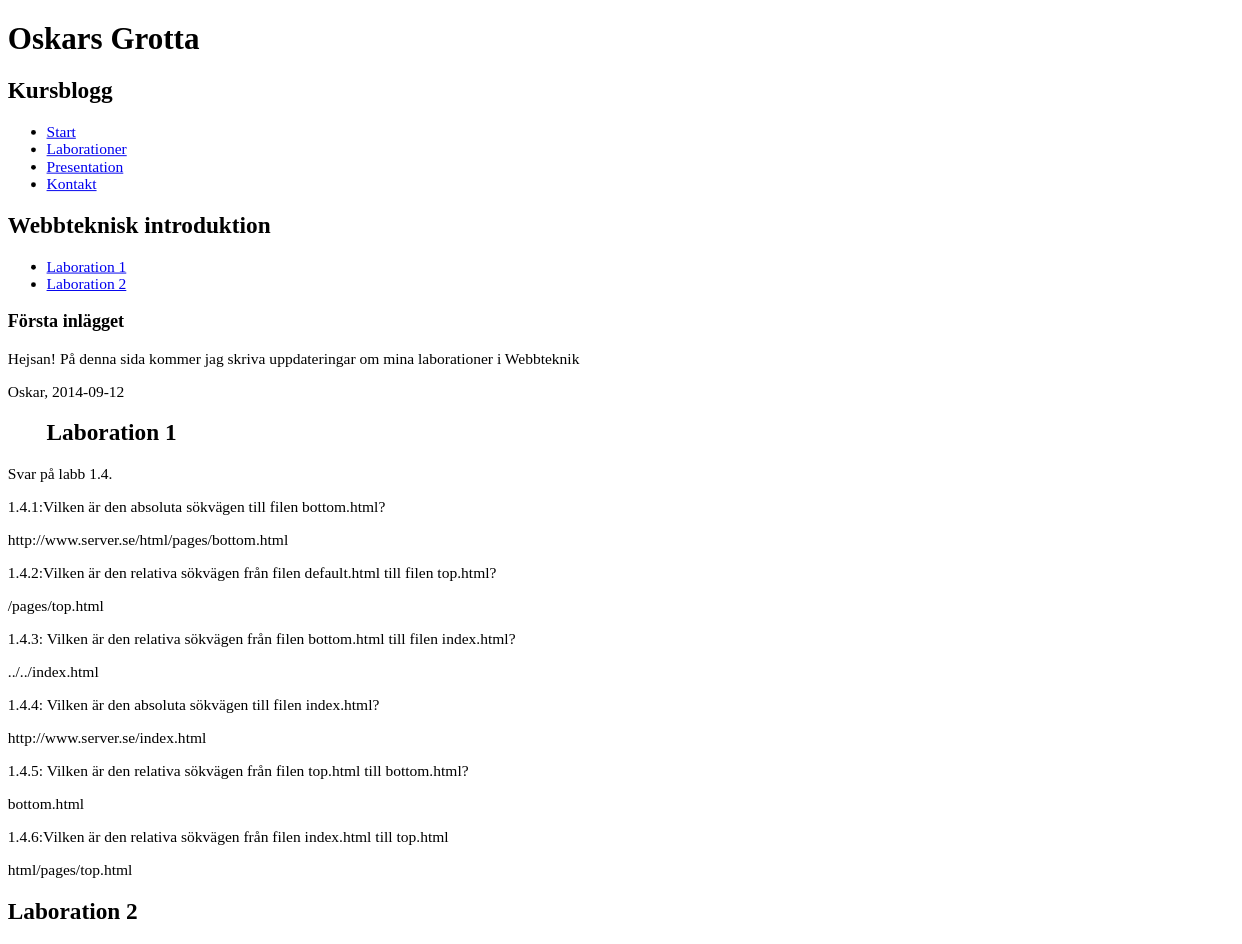
Repository: oe222bu/1ik415-laborationer
Page: index.html
The author's editor kept a record of every edit. The page is drawn from the files as they stood at one moment, then again after the next edit.
The browser window is 1280 px wide. The pictures show the whole page, at 97% of full size.

Above is the page before.

### index.html
<!DOCTYPE HTML>
<html lang="sv">
    <head>
        <meta charset="utf-8" />
        <title>Oskars grotta</title>
    </head>
    <body>
        <h1>Oskars Grotta</h1>
        <h2>Kursblogg</h2>
<ul>
<li><a href="index.html">Start</a></li>
<li><a href="../Pages/laborationer.html">Laborationer</a></li>
<li><a href="../Pages/Presentation.html">Presentation</a></li>
<li><a href="../Pages/kontakt.html">Kontakt</a></li>
        </ul>
        <h2>Webbteknisk introduktion</h2>
        <ul><li><a href="#Laboration1">Laboration 1</a></li>
            <li><a href="#Laboration2">Laboration 2</a></li>
        </ul>


        <h3>Första inlägget</h3>
        <p>Hejsan! På denna sida kommer jag skriva uppdateringar om mina laborationer i Webbteknik</p>
        <p>Oskar, 2014-09-12</p>
        <ul>
<h2 id="Laboration1">Laboration 1</h2>
        </ul>
        <p>Svar på labb 1.4.</p>
        <p>1.4.1:Vilken är den absoluta sökvägen till filen bottom.html?</p>
        <p>http://www.server.se/html/pages/bottom.html</p>
        <p>1.4.2:Vilken är den relativa sökvägen från filen default.html till filen top.html?</p>
            <p>/pages/top.html</p>

        <p>1.4.3: Vilken är den relativa sökvägen från filen bottom.html till filen index.html?</p>
           <p>../../index.html</p>
           <p>1.4.4: Vilken är den absoluta sökvägen till filen index.html?</p>
           <p>http://www.server.se/index.html</p>
           <p>1.4.5: Vilken är den relativa sökvägen från filen top.html till bottom.html?</p>
           <p>bottom.html</p>
           <p>1.4.6:Vilken är den relativa sökvägen från filen index.html till top.html</p>
           <p>html/pages/top.html</p>

        <h2 id="Laboration2">Laboration 2</h2>
    </body>
</html>

After the next edit:
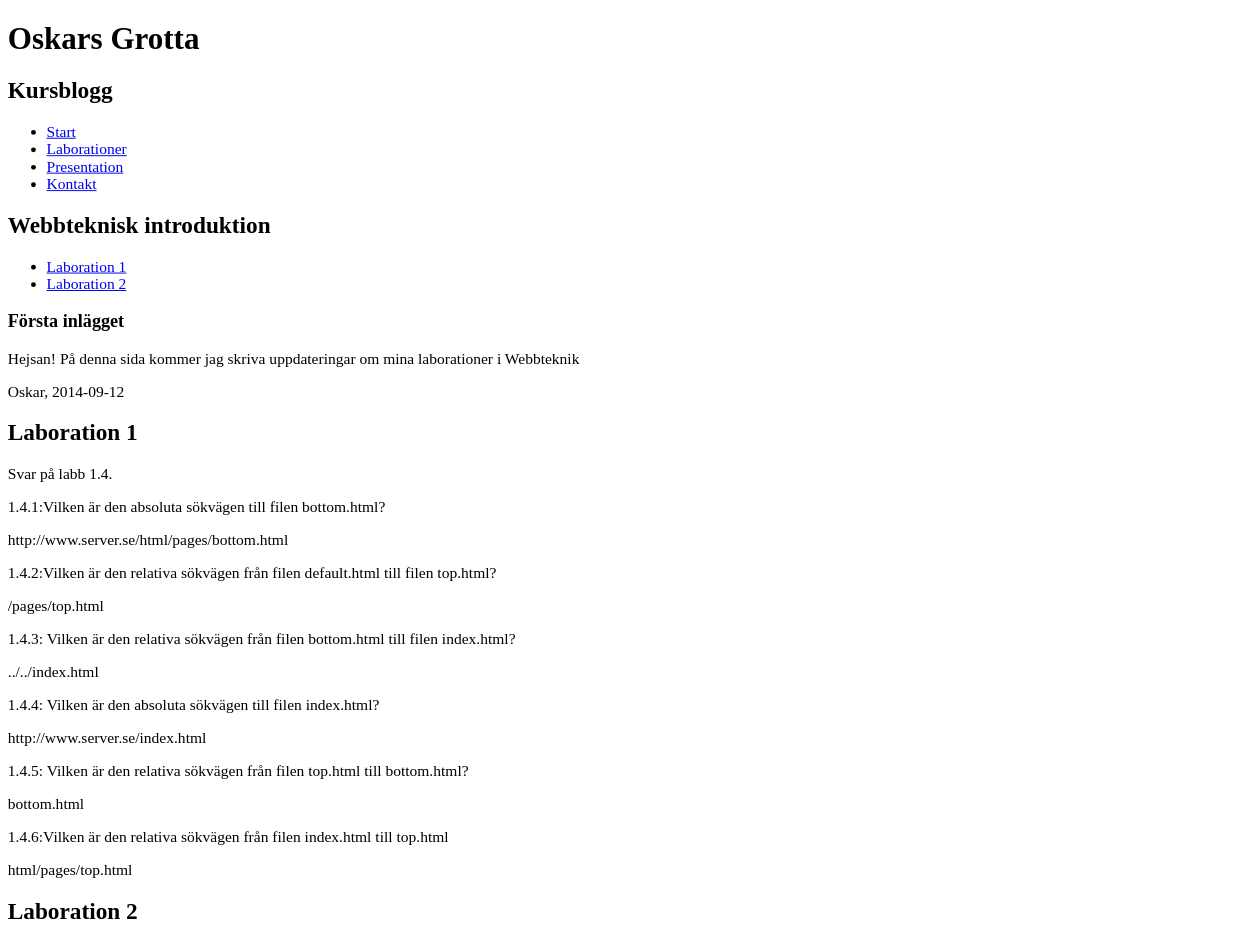
The edit:
--- a/index.html
+++ b/index.html
@@ -22,9 +22,7 @@
         <h3>Första inlägget</h3>
         <p>Hejsan! På denna sida kommer jag skriva uppdateringar om mina laborationer i Webbteknik</p>
         <p>Oskar, 2014-09-12</p>
-        <ul>
 <h2 id="Laboration1">Laboration 1</h2>
-        </ul>
         <p>Svar på labb 1.4.</p>
         <p>1.4.1:Vilken är den absoluta sökvägen till filen bottom.html?</p>
         <p>http://www.server.se/html/pages/bottom.html</p>
